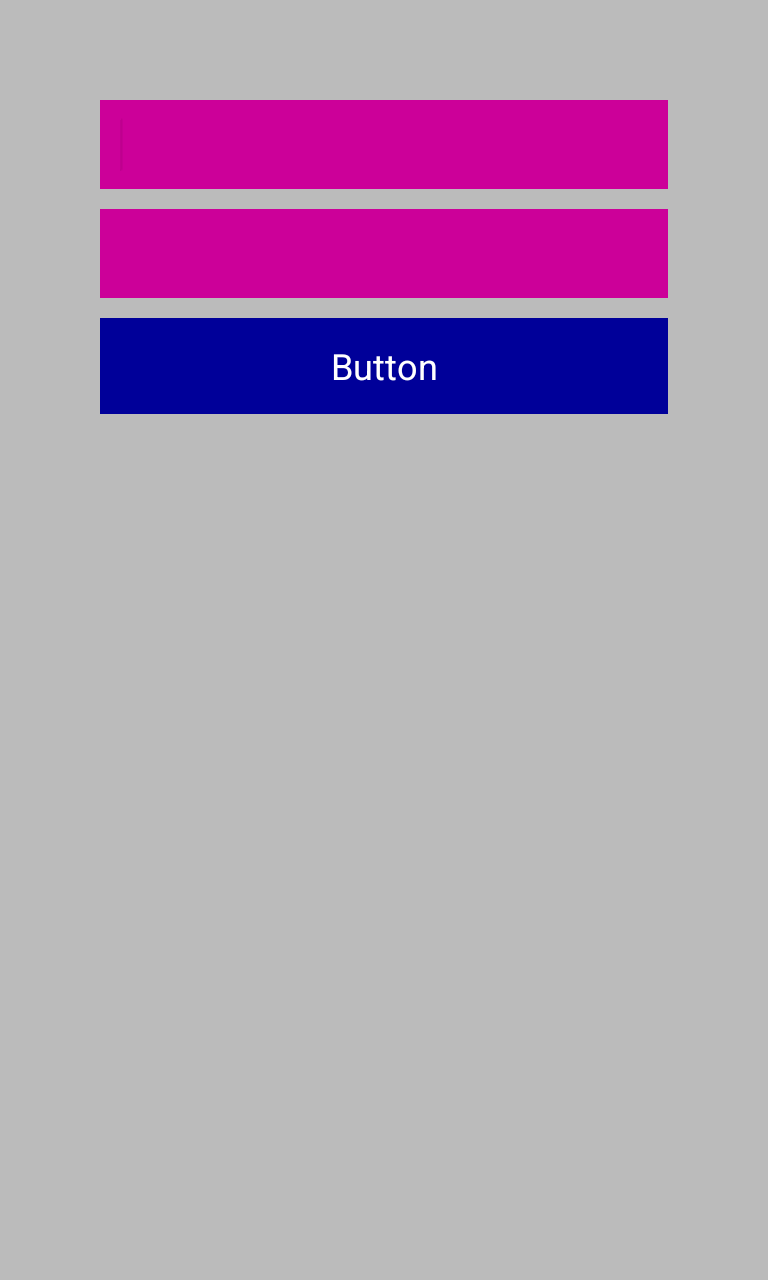
Repository: christianchi/di
Layout: 09 Drawable/UsoDrawNinePatch/res/layout/activity_main.xml
The author's editor kept a copy of each file at every save. The layout is drawn from the files as they stood at one save, then again after the next save.
It is drawn on a 768 x 1280 px phone screen (xhdpi) without system bars, with theme AppTheme; the app's code is not run.

Above is the layout before, as saved 2014-01-16 08:46:54.

### 09 Drawable/UsoDrawNinePatch/res/layout/activity_main.xml
<LinearLayout xmlns:android="http://schemas.android.com/apk/res/android"
    android:layout_width="fill_parent"
    android:layout_height="fill_parent"
    android:background="#bbb"
    android:orientation="vertical"
    android:padding="50dp" >

    <EditText
        android:id="@+id/editText1"
        android:layout_width="match_parent"
        android:layout_height="wrap_content"
        android:background="#c09"
        android:textColor="#fff"
        android:ems="10"
        android:padding="10dp" >

        <requestFocus />
    </EditText>

    <EditText
        android:id="@+id/editText2"
        android:layout_width="match_parent"
        android:layout_height="wrap_content"
        android:background="#c09"
        android:textColor="#fff"
        android:layout_marginTop="10dp"
        android:ems="10"
        android:inputType="textPassword"
        android:padding="10dp" />

    <Button
        android:id="@+id/button1"
        android:layout_width="match_parent"
        android:layout_height="wrap_content"
        android:text="Button"
        android:layout_marginTop="10dp"
        android:textColor="#fff"
        android:background="#009" />

</LinearLayout>

Loaded but not shown: 09 Drawable/UsoDrawNinePatch/res/values/styles.xml (common file); 09 Drawable/UsoDrawNinePatch/res/values-v11/styles.xml (common file); 09 Drawable/UsoDrawNinePatch/res/values-v14/styles.xml (common file)

After the next save:
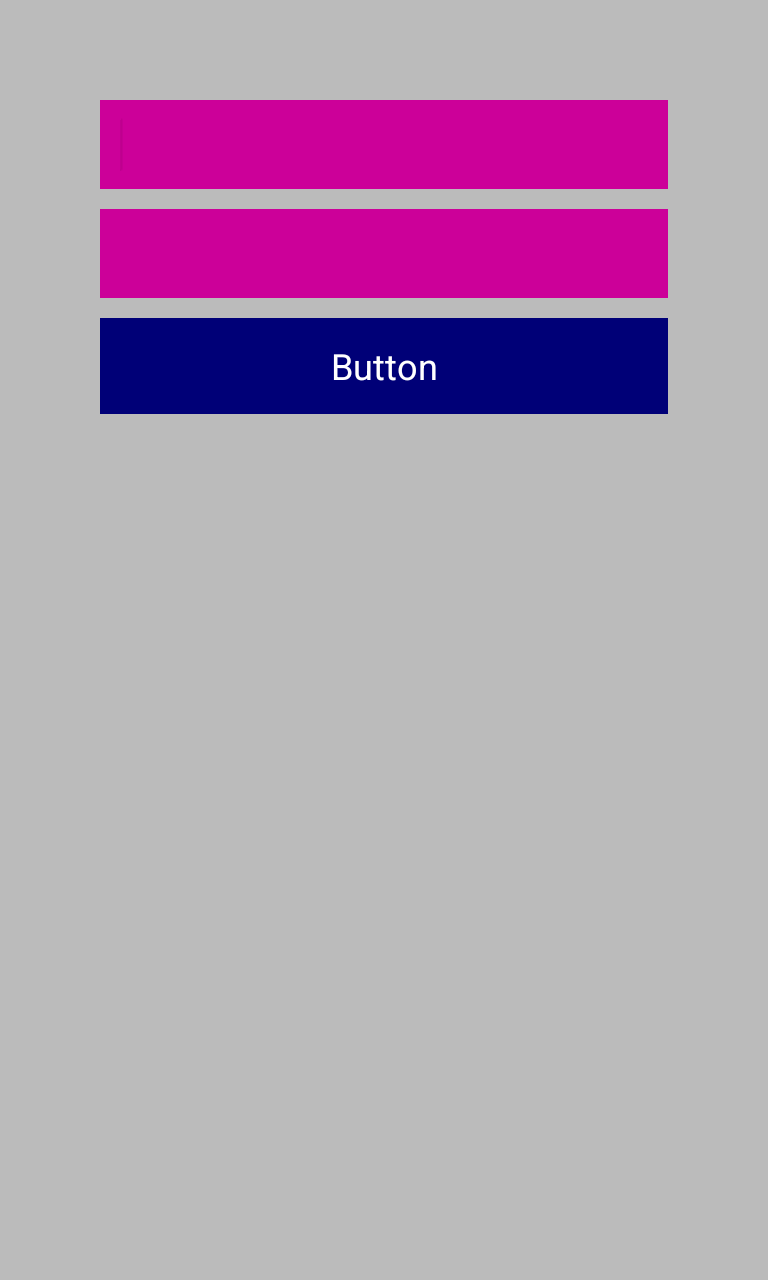
Saved 7 s later.
--- a/09 Drawable/UsoDrawNinePatch/res/layout/activity_main.xml
+++ b/09 Drawable/UsoDrawNinePatch/res/layout/activity_main.xml
@@ -35,6 +35,6 @@
         android:text="Button"
         android:layout_marginTop="10dp"
         android:textColor="#fff"
-        android:background="#009" />
+        android:background="#007" />
 
 </LinearLayout>
